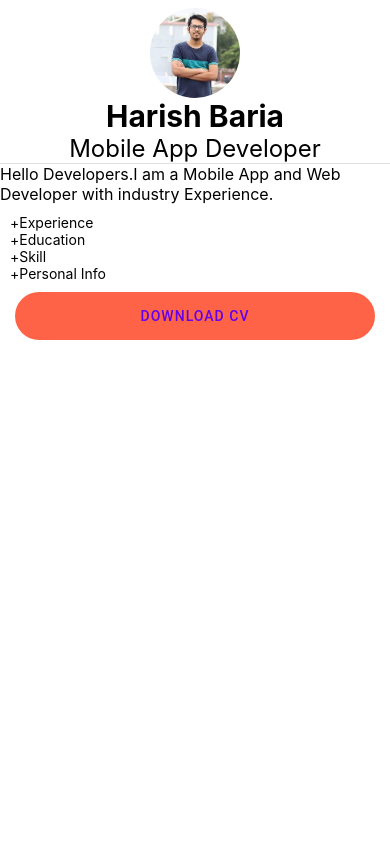
Repository: harishbariya/React-Native-ui-desiign
Screen: /
These files come from the project's save history. The screen is drawn as it stood at one moment and after the next save; the edit follows.
The app was drawn by React Native's web renderer in a window 390 px wide. The project was rebuilt for these pictures with package versions that can differ from the ones it lists, and the page was loaded fresh each time.

Above is the screen before, as saved 2021-11-17 15:21:00.

### App.js
import React, { Component } from 'react';
import {View,Text,StyleSheet,Image} from 'react-native';
import {Button,Divider} from "react-native-paper";

const QulityPar=(props)=>{
  return(
    <View style={{flexDirection:"row"}}>
    <Text>+</Text>
    <Text>{props.name}</Text>
  </View>

  );
}

class App extends Component
{
  render()
  {
    return(
      <View style={styles.display}>
      <Image style={{alignSelf:"center",marginTop:8,borderRadius:1000}}source={{uri:"data:[embedded picture, 9311 characters]"
      ,width:90,height:90}}/>
        <Text style={[styles.textstyles,{color:"#000",fontSize:30,fontWeight:"bold"}]}>Harish Baria</Text>
        <Text style={[styles.textstyles,{fontSize:24}]}>Mobile App Developer</Text>
      <Divider/>
      <Text style={{color:"#000",fontSize:16,textAlign:"auto"}}>Hello Developers.I am a Mobile App and Web Developer with industry Experience.</Text>


      <View>

    <View style={{margin:10}}>
    <QulityPar name="Experience"/>
       <QulityPar name="Education"/>
       <QulityPar name="Skill"/>
       <QulityPar name="Personal Info"/>
    </View>





          <View>
            <Button style={{backgroundColor:"tomato",padding:7,marginHorizontal:15,borderRadius:50}}>Download CV</Button>
          </View>
      </View>

      </View>
    );
  }
}

const styles=StyleSheet.create({

  display:{
    flex:1,
    flexDirection:"column",

  },
  textstyles:{
    color:"#000",
    textAlign:"center",
  }

})

export default App

After the next save:
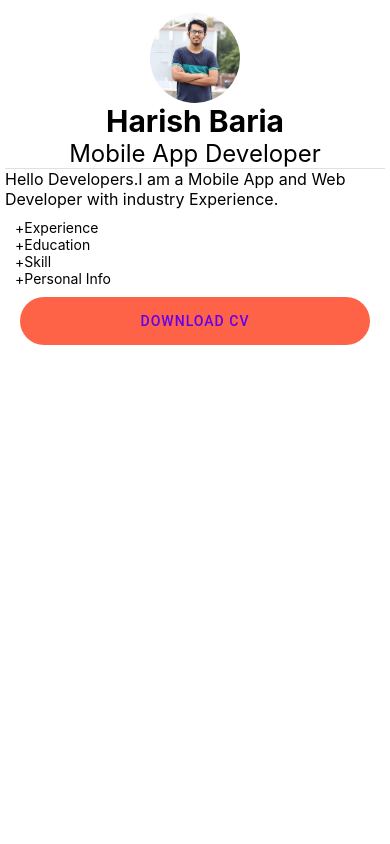
Saved 14 s later.
--- a/App.js
+++ b/App.js
@@ -54,6 +54,7 @@
   display:{
     flex:1,
     flexDirection:"column",
+    margin:5
 
   },
   textstyles:{

After the save that followed:
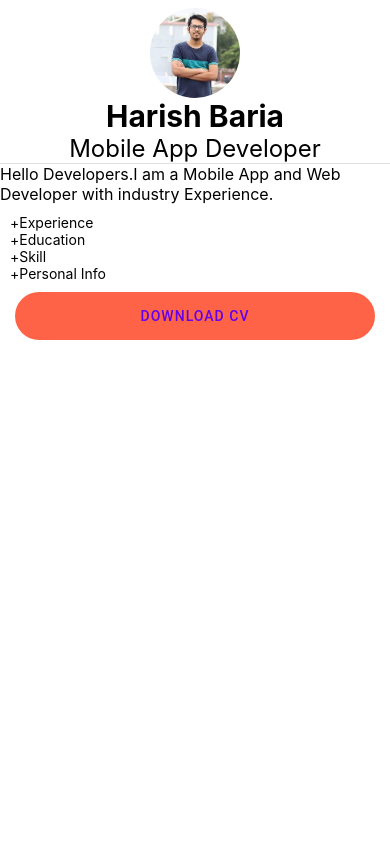
Saved 10 s later.
--- a/App.js
+++ b/App.js
@@ -54,7 +54,7 @@
   display:{
     flex:1,
     flexDirection:"column",
-    margin:5
+    margin:0
 
   },
   textstyles:{
